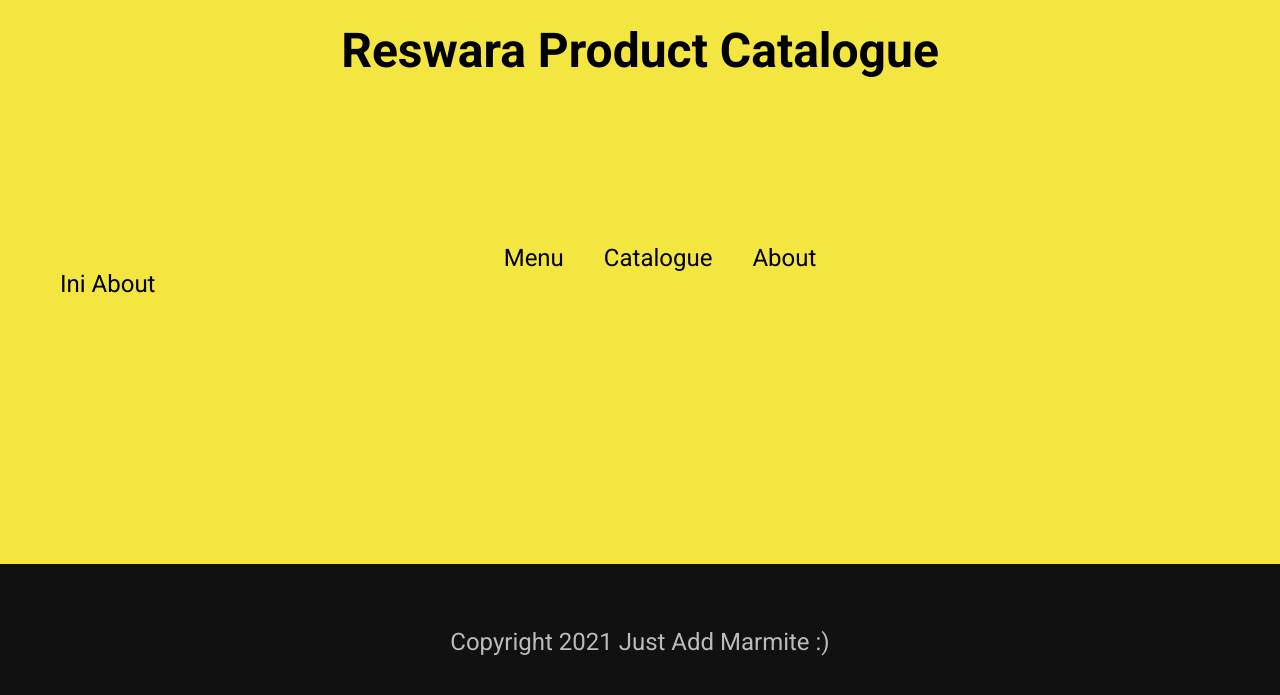
Repository: Fauzaanmhmd/Skripsi
Page: /about/about
An editor plug-in stored every save of this project. The page is shown before and after the next save, followed by the edit.
The browser window is 1280 px wide. The pictures show the whole page.
The project was rebuilt for these pictures with package versions that can differ from the ones it lists, and the page was loaded fresh each time. The framework's server and built-in components were replaced by stand-ins that run in the browser. Also part of the build but not shown: next.config.js.

Above is the page before, as saved 2021-05-24 21:23:17.

### pages/about/about.js
import Layout from "../../components/Layout"

export default function About({ recipes }) {
    return (
        <Layout>
            Ini About
        </Layout>

    )
}

### styles/globals.css
@import url('https://fonts.googleapis.com/css2?family=Roboto:ital,wght@0,100;0,300;0,400;0,500;0,700;0,900;1,100;1,300;1,400;1,500;1,700;1,900&display=swap');

body {
  background: #F4E640;
  margin: 0;
  font-family: 'Roboto';
  font-size: 1.5em;
}
.layout {
  min-height: 100vh;
  display: flex;
  flex-direction: column;
}
header {
  text-align: center;
}
header a {
  text-decoration: none;
  color: black;
  text-transform: uppercase;
  display: inline-block;
}
header h1, header h2 {
  margin: 0;
}
header span {
  display: block;
  line-height: 1em;
}
header span:first-child {
  font-size: 1em;
  font-weight: 400;
}
header span:last-child {
  font-size: 1.5em;
  font-weight: 800;
}
header h2 {
  font-size: 1.2em;
  font-weight: 400;
}
footer {
  background: #111;
  color: #bbb;
  padding: 40px;
  text-align: center;
  margin-top: auto
}
.page-content {
  max-width: 1200px;
  margin: 20px auto 80px;
  padding: 0 20px;
  width: 100%;
  box-sizing: border-box;
}

.navbar {
  display: flex;
  justify-content: center;
  height: 100px;
  align-items: center;
  background-color: #F4E640;
  flex-direction: column;
  z-index: 999;
  width: 100%;
  margin-bottom: 150px;
}

.navbar_menu{
  display: flex;
  justify-content: center;
  width: 100%;
  align-items: center;
  position: fixed;
  top: 200px;
}

ul{
  list-style-type: none;
  display: flex;
}

li {
  margin: 20px;
  cursor: pointer;
  border-bottom: 2px solid #F4E640;
}
li:hover {
background-color: transparent;
border-bottom: 2px solid black;
}
.navimg{
  position: absolute;
  left: 20px;
}

.zoom:hover {
  -ms-transform: scale(1.5); /* IE 9 */
  -webkit-transform: scale(1.5); /* Safari 3-8 */
  transform: scale(1.5);
  transition: transform .9s;
}

img {
  width: 550px;
  height: 380px;
  margin: 10px 30px 0px 30px;
  padding: 10px 20px 0px 20px;
  display: flex;
  justify-content: center;
  align-items: center;
  position: relative;
  cursor: pointer;
}

img:hover {
  -ms-transform: scale(1.1); /* IE 9 */
  -webkit-transform: scale(1.1); /* Safari 3-8 */
  transform: scale(1.1);
  transition: transform .9s;
}

.image {
  display: grid;
  grid-template-columns: repeat(2,minmax(0,1fr));
  grid-gap: .5rem;
  padding: 0 50px;
}

.button {
  cursor : pointer;
  margin: 0 30px;
  padding: 0 20px;
  width: 100px;
}

.button {
  cursor: pointer;
    margin-bottom: 30px;
    margin-top: 30px;
    margin-left: 0px;
    margin-right: 0px;
    padding-top: 10px;
    padding-bottom: 10px;
    border-top-width: 2px;
    border-bottom-width: 2px
}

.img-bg {
  display: flex;
  background-color: white;
  flex-direction: column;
  justify-content: center;
  align-items: center;
  width: 65%;
  height: 150px;
  margin: -50px 0px 40px 90px;
}

.zoom-dropdown:hover {
  -ms-transform: scale(1.5); /* IE 9 */
  -webkit-transform: scale(1.5); /* Safari 3-8 */
  transform: scale(1.5);
  transition: transform .9s;
}

### components/Layout.js
import Link from 'next/link'
import Navbar from './Navbar'

export default function Layout({ children }) {

  return (
    <div className="layout">
      <header>
        <Navbar />
      </header>

      <div className="page-content">
        {children}
      </div>



      <footer>
        <p>Copyright 2021 Just Add Marmite :)</p>
      </footer>
    </div >
  )
}

### components/Navbar.js
import Link from 'next/link'

const Navbar = props => {
    return (
        <div className="navbar">
            <h1 className="zoom">Reswara Product Catalogue</h1>
            <ul className="navbar_menu">
                <Link href="/">
                    <li className="zoom">Menu</li>
                </Link>
                <Link href="/catalogue">
                    <li className="zoom-dropdown">Catalogue</li>
                </Link>
                <Link href="/about">
                    <li className="zoom">About</li>
                </Link>
            </ul>
        </div>
    )
}

export default Navbar

Loaded but not shown: pages/_app.js (common file)

After the next save:
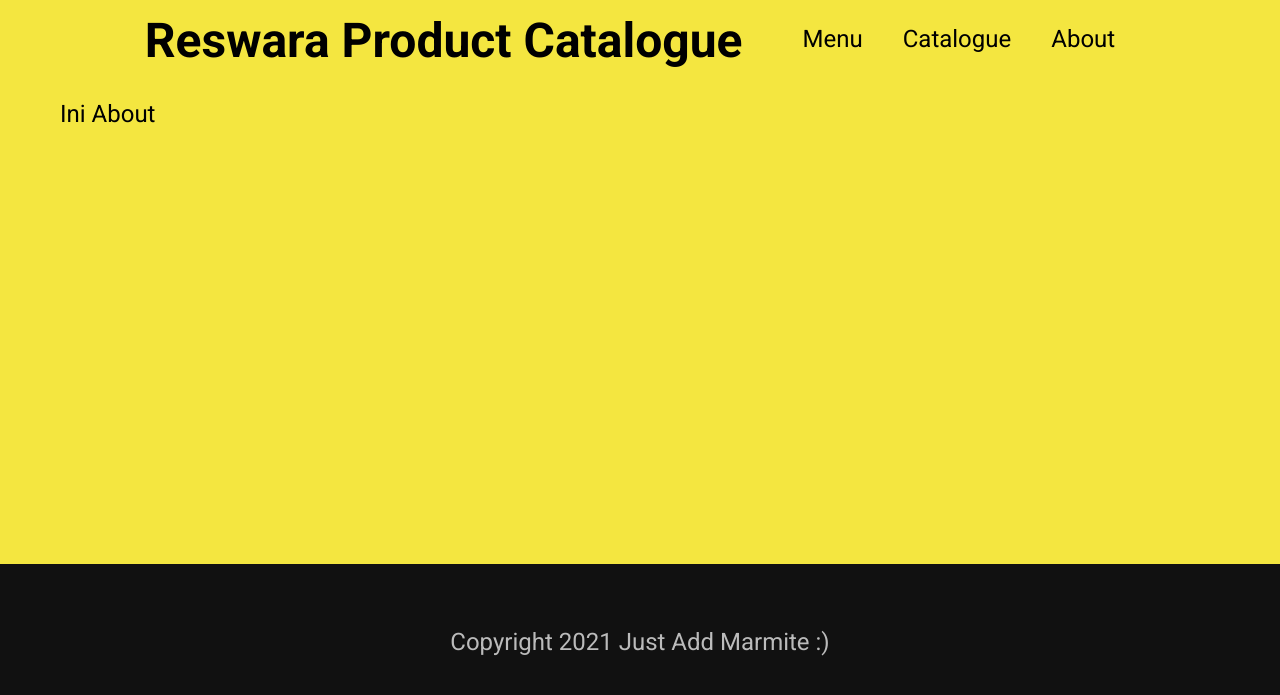
Saved 2 min 24 s later.
--- a/styles/globals.css
+++ b/styles/globals.css
@@ -57,22 +57,11 @@ footer {
 .navbar {
   display: flex;
   justify-content: center;
-  height: 100px;
+  height: 60px;
+  padding: 10px 20px;
   align-items: center;
   background-color: #F4E640;
-  flex-direction: column;
-  z-index: 999;
-  width: 100%;
-  margin-bottom: 150px;
-}
-
-.navbar_menu{
-  display: flex;
-  justify-content: center;
-  width: 100%;
-  align-items: center;
-  position: fixed;
-  top: 200px;
+  position: relative;
 }
 
 ul{
